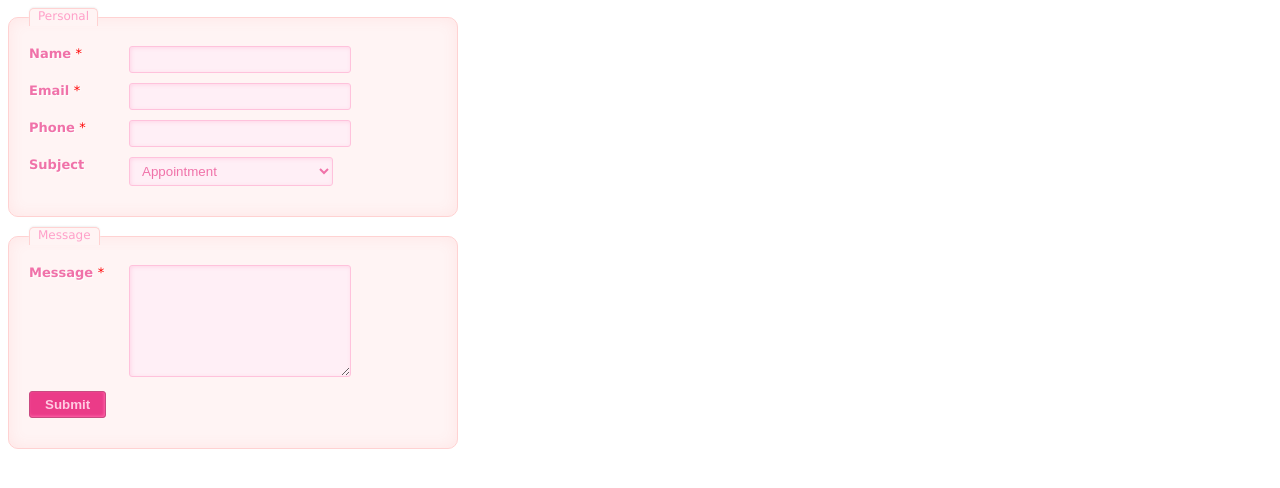
Repository: prm2711/javaapps
Page: eclipse-workspace/ResponsiveApp/WebContent/index.html
The author's editor kept a copy of each file at every save. The page is drawn from the files as they stood at one save, then again after the next save.
The browser window is 1280 px wide. The pictures show the whole page.

Above is the page before, as saved 2018-01-25 07:30:45.

After the next save:
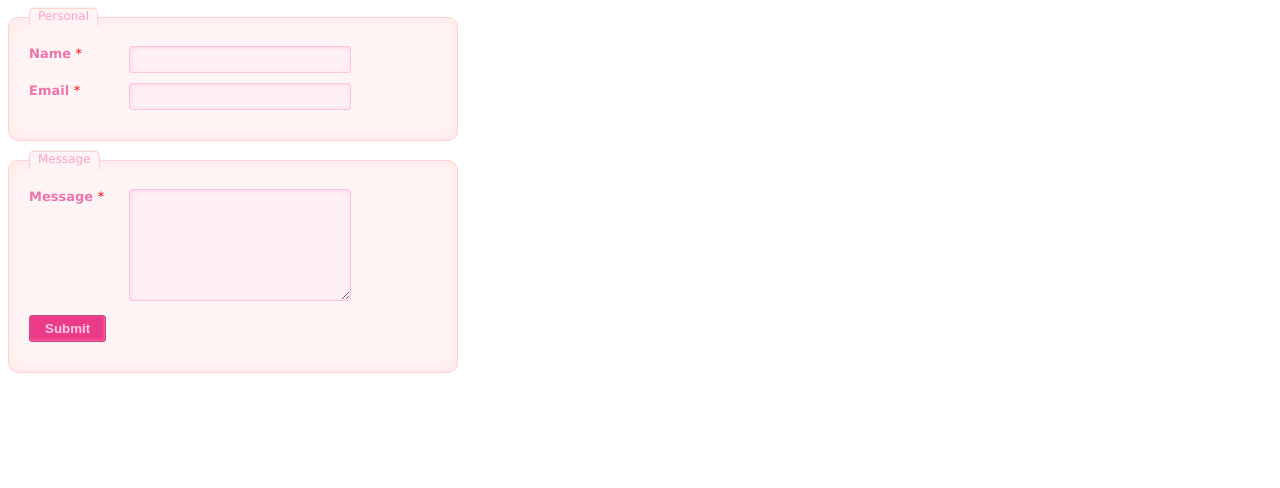
Saved 31 s later.
--- a/eclipse-workspace/ResponsiveApp/WebContent/index.html
+++ b/eclipse-workspace/ResponsiveApp/WebContent/index.html
@@ -6,23 +6,23 @@
 <link href="style.css" rel="stylesheet" type="text/css">
 </head>
 <body>
-<div class="form-style-3">
-<form>
-<fieldset><legend>Personal</legend>
-<label for="field1"><span>Name <span class="required">*</span></span><input type="text" class="input-field" name="field1" value="" /></label>
-<label for="field2"><span>Email <span class="required">*</span></span><input type="email" class="input-field" name="field2" value="" /></label>
-<label for="field3"><span>Phone <span class="required">*</span></span><input type="text" class="input-field" name="field3" value="" /></label>
-<label for="field4"><span>Subject</span><select name="field4" class="select-field">
-<option value="Appointment">Appointment</option>
-<option value="Interview">Interview</option>
-<option value="Regarding a post">Regarding a post</option>
-</select></label>
-</fieldset>
-<fieldset><legend>Message</legend>
-<label for="field6"><span>Message <span class="required">*</span></span><textarea name="field6" class="textarea-field"></textarea></label>
-<label><input type="submit" value="Submit" /></label>
-</fieldset>
-</form>
-</div>
+	<div class="form-style-3">
+		<form>
+			<fieldset>
+				<legend>Personal</legend>
+				<label for="field1"><span>Name <span class="required">*</span></span><input
+					type="text" class="input-field" name="field1" value="" /></label> <label
+					for="field2"><span>Email <span class="required">*</span></span><input
+					type="email" class="input-field" name="field2" value="" /></label>
+			</fieldset>
+			<fieldset>
+				<legend>Message</legend>
+				<label for="field6"><span>Message <span
+						class="required">*</span></span>
+				<textarea name="field6" class="textarea-field"></textarea></label> <label><input
+					type="submit" value="Submit" /></label>
+			</fieldset>
+		</form>
+	</div>
 </body>
 </html>
